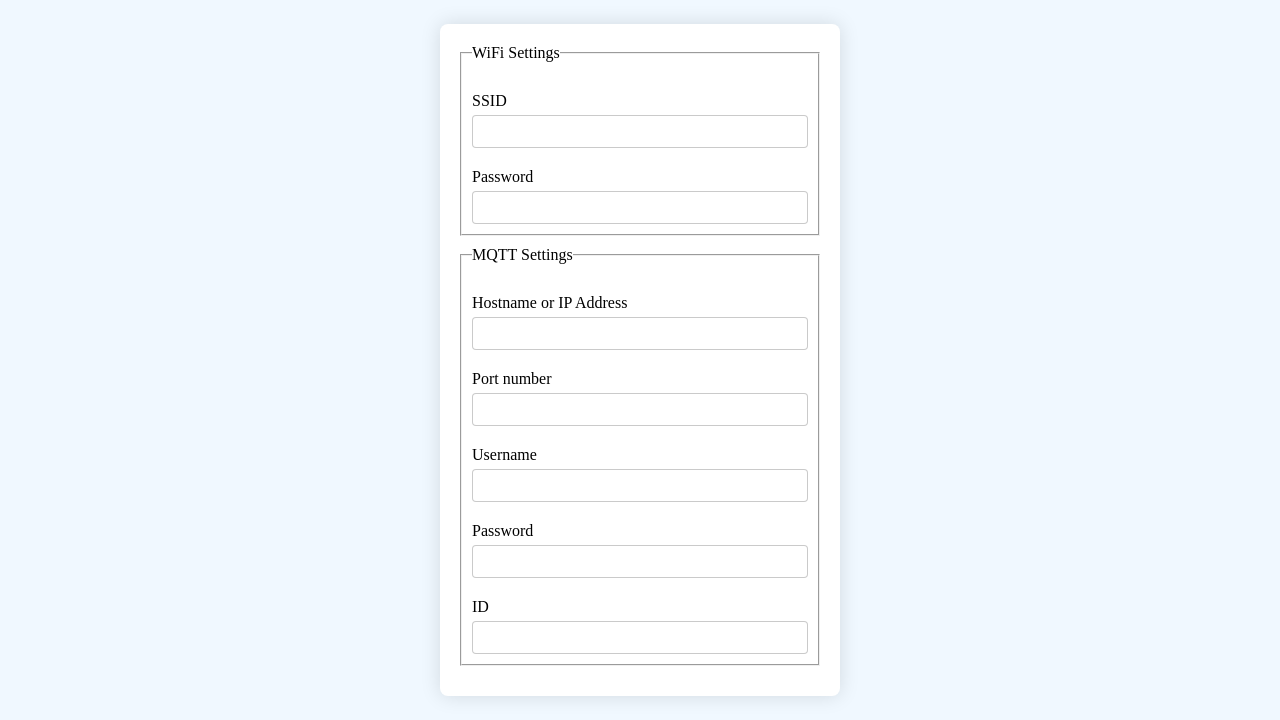
Repository: alex-dow/psikon-weather-station
Page: data/index.html
An editor plug-in stored every save of this project. The page is shown before and after the next save, followed by the edit.
The browser window is 1280 px wide. The pictures show the whole page.

Above is the page before, as saved 2021-12-09 22:49:02.

### data/index.html
<!DOCTYPE html>
<html>
<head>
  <meta charset='utf-8'>
  <meta http-equiv='X-UA-Compatible' content='IE=edge'>
  <title>Psikon Weather Reporter</title>
  <meta name='viewport' content='width=device-width, initial-scale=1'>
  <style>
 * {
  padding: 0;
  margin: 0;
  box-sizing: border-box;
 }
 body {
  font-family: "Montserrat";
 }
 section {
  min-height: 100vh;
  width: 100%;
  display: flex;
  align-items: center;
  justify-content: center;
  background-color: aliceblue;
 }
 .container {
  max-width: 400px;
  width: 90%;
  padding: 20px;
  box-shadow: 0px 0px 20px #00000020;
  border-radius: 8px;
  background-color: white;
 }
 .step {
  display: none;
 }
 .step.active {
  display: block;
 }
 .form-group {
  width: 100%;
  margin-top: 20px;
 }
 .form-group input {
  width: 100%;
  border: 1.5px solid rgba(128, 128, 128, 0.418);
  padding: 5px;
  font-size: 18px;
  margin-top: 5px;
  border-radius: 4px;
 }
 button.next-btn,
 button.previous-btn,
 button.submit-btn {
  float: right;
  margin-top: 20px;
  padding: 10px 30px;
  border: none;
  outline: none;
  background-color: rgb(180, 220, 255);
  font-family: "Montserrat";
  font-size: 18px;
  cursor: pointer;
  /* text-align: right; */
 }
   button.previous-btn {
  float: left;
 }
 button.submit-btn {
  background-color: aquamarine;
 }
 fieldset {
   padding: 10px;
   margin-bottom: 10px;
 }
  </style>
</head>
<body>
<section>
  <div class="container">
  <form>
    <fieldset>
      <legend>WiFi Settings</legend>
      <div class="form-group">
        <label for="wifi_ssid">SSID</label>
        <input id="wifi_ssid"/>
      </div>
      <div class="form-group">
        <label for="wifi_password">Password</label>
        <input id="wifi_password"/>
      </div>
    </fieldset>
    <fieldset>
      <legend>MQTT Settings</legend>
      <div class="form-group">
        <label for="mqtt_host">Hostname or IP Address</label>
        <input id="mqtt_host"/>
      </div>
      <div class="form-group">
        <label for="mqtt_port">Port number</label>
        <input id="mqtt_port" type="number" min="0" max="65536"/>
      </div>
      <div class="form-group">
        <label for="mqtt_username">Username</label>
        <input id="mqtt_username"/>
      </div>
      <div class="form-group">
        <label id="mqtt_password">Password</label>
        <input id="mqtt_password"/>
      </div>
      <div class="form-group">
        <label for="mqtt_id">ID</label>
        <input id="mqtt_id" /><br/>
      </div>
    </fieldset>
  </form>
  </div>
</section>
</body>
</html>

After the next save:
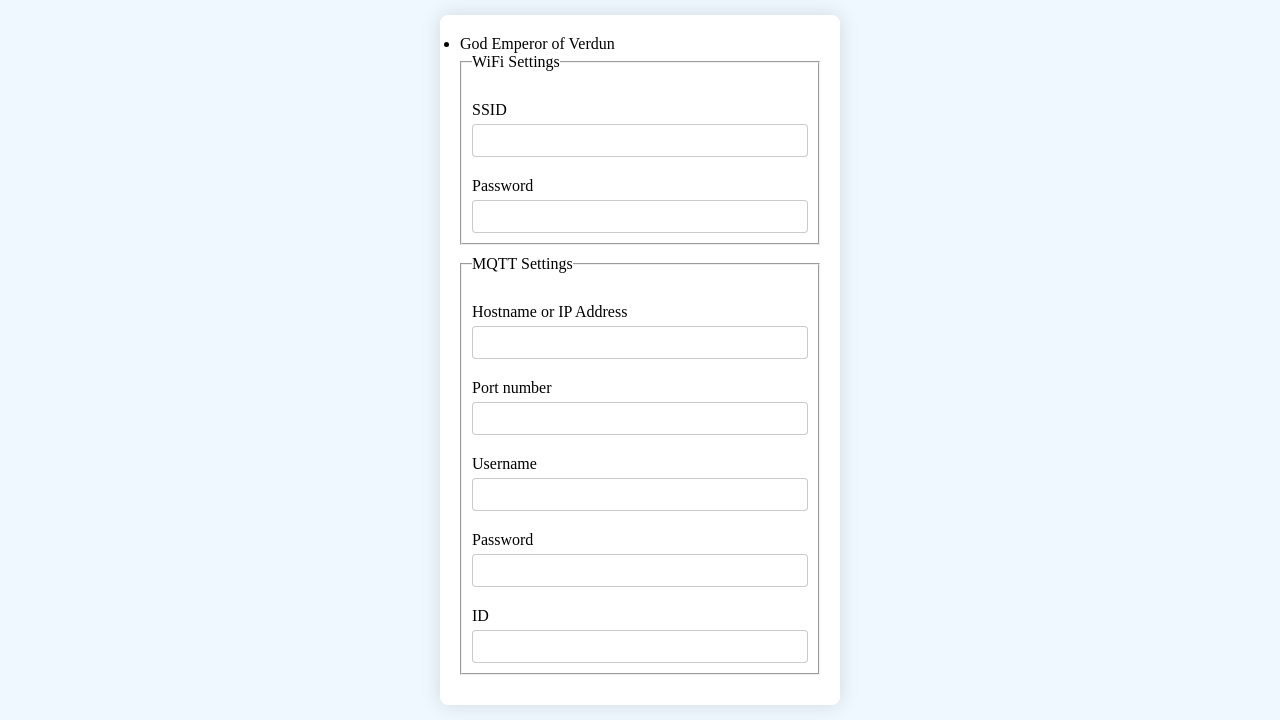
Saved 4 min 56 s later.
--- a/data/index.html
+++ b/data/index.html
@@ -77,6 +77,11 @@
 <body>
 <section>
   <div class="container">
+    <ul class="wifi-list">
+      <li>
+        God Emperor of Verdun
+      </li>
+    </ul>
   <form>
     <fieldset>
       <legend>WiFi Settings</legend>
